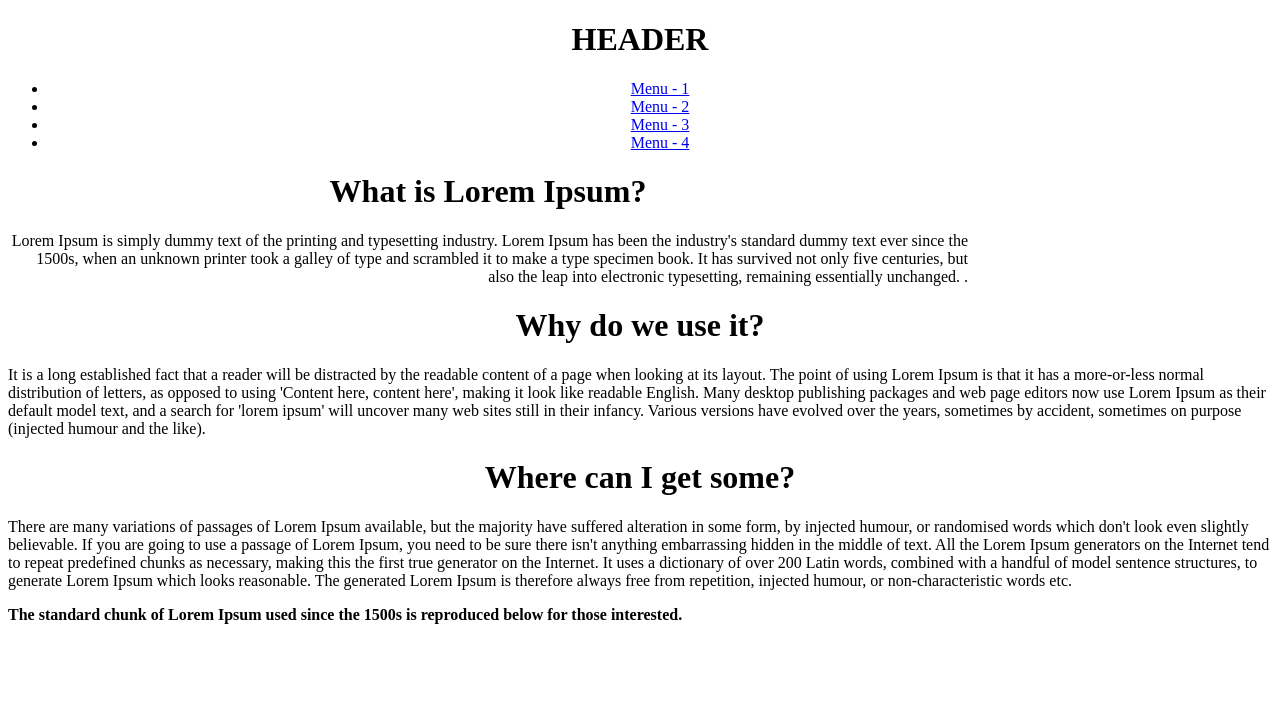
Repository: daeun0220/KB_EDU_JAVA
Page: work03_FrontUI/front01_HTML5/src/main/webapp/html07_div_template.html
The author's editor kept a copy of each file at every save. The page is drawn from the files as they stood at one save, then again after the next save.
The browser window is 1280 px wide. The pictures show the whole page.

Above is the page before, as saved 2023-08-07 07:09:41.

After the next save:
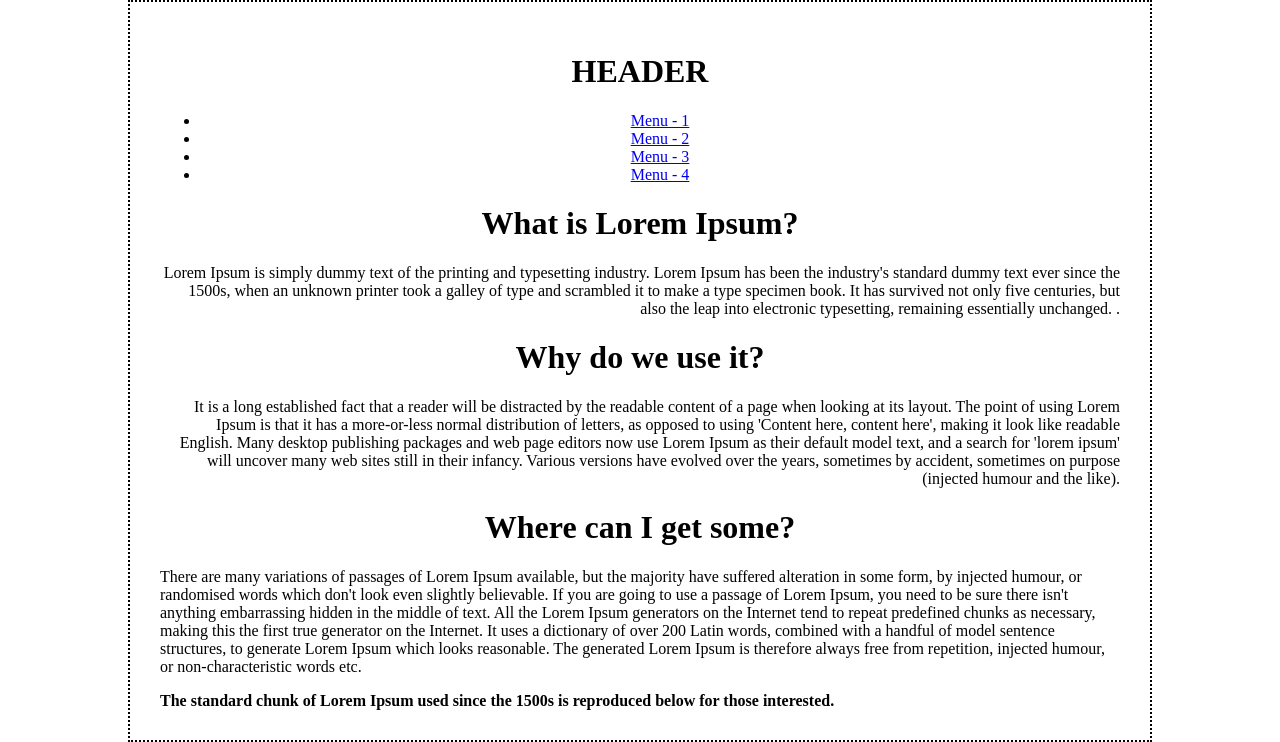
Saved 2 min 38 s later.
--- a/work03_FrontUI/front01_HTML5/src/main/webapp/html07_div_template.html
+++ b/work03_FrontUI/front01_HTML5/src/main/webapp/html07_div_template.html
@@ -4,10 +4,16 @@
 <meta charset="UTF-8">
 <title>div태그의 속성 id로 영역을 지정</title>
 <style>
+	body{
+		width:960px;
+		margin:0 auto;
+		border: 2px dotted black;
+		padding: 30px;
+	}
 	h1, ul{
 		text-align: center;
 	}
-	#section1{
+	#section1, #section2{
 		text-align: right;
 		width: 960px;
 	}
